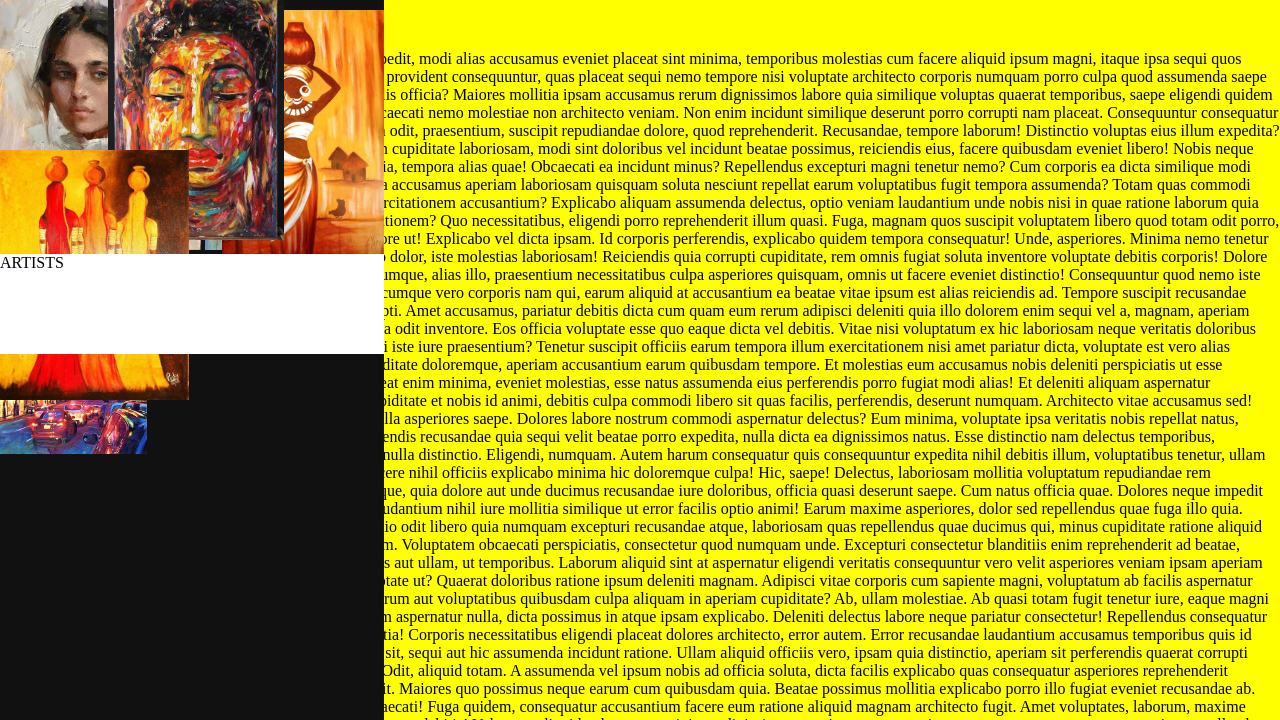
Repository: prathyushaa5/artgallery
Page: index/artists.html
The author's editor kept a copy of each file at every save. The page is drawn from the files as they stood at one save, then again after the next save.
The browser window is 1280 px wide. The pictures show the whole page.
An inner scrolling area shows only its first screen.

Above is the page before, as saved 2023-11-20 21:18:06.

### index/artists.html
<!DOCTYPE html>
<html lang="en">
<head>
    <meta charset="UTF-8">
    <meta name="viewport" content="width=device-width, initial-scale=1.0">
    <title>Document</title>
</head>
<style>
body{
    margin:0;
    padding:0;
}

#part1{
    height:100vh;
    background-color:#111111;
    position:fixed;
    top:0;
    left:0;
    width:30%;

}
#img1{
    height:250px;
    position:relative
}
#img2{
    height:250px;
    position:absolute;
    top:-10px;
    right:100px;
    z-index:2;
}
#img3{
    height:250px;
    position:absolute;
    top:10px;
    right:0px;
    z-index:1;
}
#img4{
    height:250px;
    position:absolute;
    z-index:3;
    top:150px;
    left:0px;
}
p{
color:white;
}

#part2{
    height:100vh;
    background-color: yellow;
    overflow-y:scroll;
}
#artists{
    position:absolute;
    z-index:1000;
    height:100px;
    width:100%;
    background-color:white;
}
</style>
<body>
<div id="part1">
    <img src="../images/artist3.jpg" id="img1">
    <img src="../images/artist2.jpg" id="img2">
    <img src="../images/artist1.jpg" id="img3">
    <img src="../images/img6.jpg" id="img4">
    <div id="artists">ARTISTS</div>

    <img src="../images/artist5.jpg" class="img" height="200">
    <img src="../images/artist6.jpg" class="img" height="200">
</div>
<div id="part2">
    <p>this is part2</p>
    Lorem ipsum dolor sit amet consectetur adipisicing elit. Impedit, modi alias accusamus eveniet placeat sint minima, temporibus molestias cum facere aliquid ipsum magni, itaque ipsa sequi quos corrupti dolor? Quis!
    Pariatur, dolor. Quis, sunt? Asperiores provident consequuntur, quas placeat sequi nemo tempore nisi voluptate architecto corporis numquam porro culpa quod assumenda saepe accusantium inventore! Blanditiis laborum fugiat culpa facilis officia?
    Maiores mollitia ipsam accusamus rerum dignissimos labore quia similique voluptas quaerat temporibus, saepe eligendi quidem adipisci! Quae facere culpa odit, neque beatae at. Neque obcaecati nemo molestiae non architecto veniam.
    Non enim incidunt similique deserunt porro corrupti nam placeat. Consequuntur consequatur est eos explicabo minima perferendis facere cum id nostrum odit, praesentium, suscipit repudiandae dolore, quod reprehenderit. Recusandae, tempore laborum!
    Distinctio voluptas eius illum expedita? Deleniti ipsa quo rem ipsam id minima nesciunt animi totam cupiditate laboriosam, modi sint doloribus vel incidunt beatae possimus, reiciendis eius, facere quibusdam eveniet libero!
    Nobis neque unde, rem incidunt, voluptates obcaecati libero ratione officia, tempora alias quae! Obcaecati ea incidunt minus? Repellendus excepturi magni tenetur nemo? Cum corporis ea dicta similique modi aspernatur vero.
    Illum, excepturi et mollitia veniam expedita accusamus aperiam laboriosam quisquam soluta nesciunt repellat earum voluptatibus fugit tempora assumenda? Totam quas commodi itaque numquam. Vero numquam quia itaque molestiae, exercitationem accusantium?
    Explicabo aliquam assumenda delectus, optio veniam laudantium unde nobis nisi in quae ratione laborum quia iste tempore pariatur. Nulla, veniam earum! Autem, exercitationem? Quo necessitatibus, eligendi porro reprehenderit illum quasi.
    Fuga, magnam quos suscipit voluptatem libero quod totam odit porro, corporis neque dicta incidunt corrupti. Quaerat magni tempore ut! Explicabo vel dicta ipsam. Id corporis perferendis, explicabo quidem tempora consequatur!
    Unde, asperiores. Minima nemo tenetur qui quam aut sequi aspernatur, debitis, voluptates illum odio dolor, iste molestias laboriosam! Reiciendis quia corrupti cupiditate, rem omnis fugiat soluta inventore voluptate debitis corporis!
    Dolore adipisci laboriosam aspernatur maxime repellat reiciendis cumque, alias illo, praesentium necessitatibus culpa asperiores quisquam, omnis ut facere eveniet distinctio! Consequuntur quod nemo iste maxime officiis deserunt sunt natus iure!
    Nulla perferendis cumque vero corporis nam qui, earum aliquid at accusantium ea beatae vitae ipsum est alias reiciendis ad. Tempore suscipit recusandae minima assumenda, quas quam sapiente nam veritatis corrupti.
    Amet accusamus, pariatur debitis dicta cum quam eum rerum adipisci deleniti quia illo dolorem enim sequi vel a, magnam, aperiam quaerat veritatis. Voluptates facilis aliquid ea dolorum officia odit inventore.
    Eos officia voluptate esse quo eaque dicta vel debitis. Vitae nisi voluptatum ex hic laboriosam neque veritatis doloribus rerum cupiditate. Fugit quaerat rerum quia beatae ad deleniti iste iure praesentium?
    Tenetur suscipit officiis earum tempora illum exercitationem nisi amet pariatur dicta, voluptate est vero alias ratione, ipsa velit ea porro omnis? Veritatis perferendis cupiditate doloremque, aperiam accusantium earum quibusdam tempore.
    Et molestias eum accusamus nobis deleniti perspiciatis ut esse inventore nisi incidunt! Fuga eaque eligendi architecto placeat enim minima, eveniet molestias, esse natus assumenda eius perferendis porro fugiat modi alias!
    Et deleniti aliquam aspernatur cupiditate, magnam suscipit eos? Voluptas dolorum esse cupiditate et nobis id animi, debitis culpa commodi libero sit quas facilis, perferendis, deserunt numquam. Architecto vitae accusamus sed!
    Maxime inventore voluptatum quia? Placeat quam eaque nulla asperiores saepe. Dolores labore nostrum commodi aspernatur delectus? Eum minima, voluptate ipsa veritatis nobis repellat natus, aperiam libero ex consequuntur, accusantium quas!
    Ex reiciendis recusandae quia sequi velit beatae porro expedita, nulla dicta ea dignissimos natus. Esse distinctio nam delectus temporibus, consequatur fuga deserunt nobis? Corrupti alias accusamus nulla distinctio. Eligendi, numquam.
    Autem harum consequatur quis consequuntur expedita nihil debitis illum, voluptatibus tenetur, ullam vero soluta placeat molestiae animi aspernatur eos odio. Facere nihil officiis explicabo minima hic doloremque culpa! Hic, saepe!
    Delectus, laboriosam mollitia voluptatum repudiandae rem laudantium deleniti atque culpa porro provident corrupti neque, quia dolore aut unde ducimus recusandae iure doloribus, officia quasi deserunt saepe. Cum natus officia quae.
    Dolores neque impedit maxime sunt quibusdam, explicabo fugiat alias provident laudantium nihil iure mollitia similique ut error facilis optio animi! Earum maxime asperiores, dolor sed repellendus quae fuga illo quia.
    Rerum dicta voluptas ipsum, at laudantium velit. Veniam odio odit libero quia numquam excepturi recusandae atque, laboriosam quas repellendus quae ducimus qui, minus cupiditate ratione aliquid molestiae delectus velit dolorem.
    Omnis optio cumque earum. Voluptatem obcaecati perspiciatis, consectetur quod numquam unde. Excepturi consectetur blanditiis enim reprehenderit ad beatae, ducimus unde, quaerat qui eum voluptatibus ipsam molestias aut ullam, ut temporibus.
    Laborum aliquid sint at aspernatur eligendi veritatis consequuntur vero velit asperiores veniam ipsam aperiam illo et culpa quisquam officiis amet, placeat explicabo voluptate ut? Quaerat doloribus ratione ipsum deleniti magnam.
    Adipisci vitae corporis cum sapiente magni, voluptatum ab facilis aspernatur quo molestias obcaecati, harum nihil voluptate, at dolor! Harum aut voluptatibus quibusdam culpa aliquam in aperiam cupiditate? Ab, ullam molestiae.
    Ab quasi totam fugit tenetur iure, eaque magni doloremque voluptate quia, dolor molestias sequi vero earum aspernatur nulla, dicta possimus in atque ipsam explicabo. Deleniti delectus labore neque pariatur consectetur!
    Repellendus consequatur veritatis incidunt voluptas expedita magni voluptatum mollitia! Corporis necessitatibus eligendi placeat dolores architecto, error autem. Error recusandae laudantium accusamus temporibus quis id laboriosam? Sed porro eos voluptatum doloremque!
    Harum sit, sequi aut hic assumenda incidunt ratione. Ullam aliquid officiis vero, ipsam quia distinctio, aperiam sit perferendis quaerat corrupti culpa vitae temporibus laborum consequatur, eius minima? Odit, aliquid totam.
    A assumenda vel ipsum nobis ad officia soluta, dicta facilis explicabo quas consequatur asperiores reprehenderit dolorem eius adipisci reiciendis inventore aspernatur impedit. Maiores quo possimus neque earum cum quibusdam quia.
    Beatae possimus mollitia explicabo porro illo fugiat eveniet recusandae ab. Quae aliquam voluptatum magni hic repellat, iusto odit obcaecati! Fuga quidem, consequatur accusantium facere eum ratione aliquid magnam architecto fugit.
    Amet voluptates, laborum, maxime enim voluptas dolorum, error unde vero fugiat corporis voluptate debitis! Voluptate aliquid vel amet, suscipit et adipisci error veniam quam, maxime porro, quae accusamus accusantium repellendus.
    Omnis, hic. Ea accusantium rerum porro iusto commodi velit minus corrupti quaerat atque, blanditiis a, explicabo laudantium, quisquam quo cupiditate facere distinctio non autem error. Nisi ipsum aperiam dolores autem.
    Illo excepturi error fuga labore. Maiores similique culpa velit doloribus impedit nulla eligendi. Porro itaque, iusto dolorem officiis hic deserunt repellat assumenda a minima corporis pariatur quidem aperiam tempore sint!
    Aut ut enim atque nesciunt magnam ea quidem! Vero exercitationem quisquam harum praesentium, illo accusamus fugit libero quod magnam minus reprehenderit quaerat ex architecto nostrum beatae, ratione quia eveniet sunt.
    Eligendi, possimus aperiam culpa, fugit quas sunt quos tempora amet repellat odio perferendis repudiandae nihil molestiae vel itaque exercitationem minima dignissimos modi iusto repellendus. Hic consequatur dicta iusto numquam minus.
    Quam libero eos eaque itaque, perferendis odio culpa tenetur enim vel, ex asperiores ullam magni recusandae corporis provident placeat facilis reprehenderit voluptatibus tempore dolor mollitia autem nemo! Veniam, repellendus tenetur.
    Fuga sit aliquam in perspiciatis, hic dicta cumque laboriosam est velit quaerat quo provident voluptatem autem quam optio ad molestiae accusantium ipsa sapiente eius, tempora totam. Laboriosam magni facilis illo.
    Incidunt alias aperiam quidem inventore nulla minima perferendis cum tempora facilis. Nostrum quasi commodi eligendi odio, cum voluptatem fuga sit perferendis, eveniet atque praesentium, delectus fugiat a unde? Iste, impedit.
    Quisquam mollitia, dolores vero maiores illum accusamus, esse illo voluptatem deleniti non et harum sed sequi. Non consequuntur, esse veniam repudiandae unde qui, ab culpa totam nostrum autem ipsum repellat.
    Consectetur numquam laborum odio dolore in, dicta rem facere! Pariatur nisi fuga optio odit sunt, consectetur assumenda, rerum veniam exercitationem tenetur ea tempore iure accusantium necessitatibus sapiente voluptate ut? Voluptatem.
    Rerum at autem culpa earum veritatis ab saepe odit corporis molestias, cupiditate illum similique commodi necessitatibus a minima eum totam accusantium quibusdam perferendis asperiores fuga. Odit quasi laboriosam nostrum nesciunt.
    Exercitationem animi quos quam eos corrupti fuga sint laboriosam expedita ab hic cumque sequi deserunt facere at aspernatur quia, cum quidem consectetur velit odit error maiores repellat eveniet optio! Officia!
    Magnam itaque rem odio? Non ad atque, tempore earum vitae labore incidunt maiores nulla minima eligendi perferendis enim reiciendis delectus quisquam laboriosam minus numquam sit nemo nam explicabo placeat praesentium.
    Error omnis soluta deserunt rerum dolor natus. Minima autem voluptatem quasi placeat officiis omnis molestias nihil cum aut doloribus non sequi quam cumque, consequatur error dolorum esse recusandae. Esse, quisquam?
    Officiis, beatae optio nesciunt dolore nemo neque eius atque. Vitae quibusdam, dolores aperiam sit recusandae laudantium nam aliquam expedita quod facere, alias maiores voluptatibus possimus quaerat eaque dicta enim est.
    Aperiam rem repudiandae laborum mollitia quaerat quasi est in hic quas laudantium a perspiciatis molestiae recusandae iste sequi, nihil consequatur vitae assumenda asperiores odit maxime natus. Vel sit doloribus repudiandae.
    Eaque aliquam quidem autem consequuntur voluptatum facilis quae reprehenderit cum atque explicabo nam natus earum nulla vitae, culpa blanditiis dolorem veniam, minus iure et similique fuga eos. Perspiciatis, laborum provident.
    At rem voluptatem quo! Ab corporis vel soluta reprehenderit rem quia autem, fugit, architecto voluptatem nemo ea accusamus optio quasi tenetur incidunt error voluptatum quis veritatis similique eveniet reiciendis provident!
    Reprehenderit minima culpa ullam doloribus perferendis, debitis velit cumque. Quae, explicabo quaerat. Harum nostrum hic repellendus quia quis exercitationem, debitis nulla! Quos asperiores veniam nulla. Praesentium sunt voluptates error asperiores.
    Culpa voluptatum vero excepturi! Tenetur corporis labore quod, ducimus necessitatibus at, saepe a voluptates quia error impedit, vero alias veritatis doloribus. Enim, debitis minima facere possimus rerum voluptatem harum eligendi.
    Voluptas consectetur quis facere accusantium delectus dignissimos eveniet quod velit aliquid. Aliquid fugit repellat officia dicta tempore cupiditate nam id reiciendis asperiores animi mollitia cumque perspiciatis alias, quis modi et?
    Optio quo, nulla assumenda est expedita reiciendis adipisci mollitia explicabo temporibus qui minus corporis officiis quibusdam, exercitationem ut sapiente! Accusantium rem dicta eos vero doloribus consequatur explicabo nemo voluptatum porro!
    Amet, illum. Earum, libero dolorem! Nostrum fuga natus minima ea provident nemo doloremque blanditiis incidunt explicabo molestiae aspernatur fugit laudantium quod illo, dolores officia sint quas unde quidem doloribus cumque.
    Obcaecati, quia eveniet nisi nobis laudantium aspernatur nesciunt debitis maiores totam? Eligendi obcaecati iusto sint, ipsam doloribus placeat suscipit optio culpa? Architecto, voluptatibus odio? Neque culpa reiciendis assumenda voluptatum deserunt.
    Explicabo, accusantium, repudiandae excepturi laboriosam similique quae ducimus quia, modi odio nulla magni iusto asperiores. Laboriosam quod asperiores, unde saepe dignissimos non maxime labore autem a ipsa corrupti vel pariatur.
    Deserunt maxime provident impedit ipsa nam quisquam facilis odit aliquid necessitatibus asperiores ullam porro eveniet, incidunt ex beatae magnam eius, earum suscipit qui repellat error illo! Ad perferendis pariatur commodi.
    Ad nemo inventore necessitatibus quia dicta sunt itaque quae amet, fuga ducimus ullam aspernatur incidunt ex possimus nihil! Perspiciatis consectetur illo numquam aliquam quis molestiae aperiam nulla ad repellendus nihil!
    Fuga nihil tenetur quos perferendis repellat iusto laudantium ex obcaecati, veritatis distinctio dicta hic eum accusantium recusandae, quisquam, doloribus excepturi. Vitae voluptatem dolore necessitatibus ex unde? Enim necessitatibus veniam ullam.
    Itaque, fugit. Laborum corrupti laboriosam nesciunt? Mollitia ut sunt reprehenderit explicabo nemo quas beatae nisi a adipisci, eaque, perspiciatis aperiam reiciendis minus doloremque nam ad accusantium laudantium facere praesentium dolore?
    Doloribus quas placeat, eius perspiciatis doloremque inventore deleniti quis asperiores similique, eligendi eum vitae. Cum nulla fugiat facilis veritatis cumque quia laboriosam iure? Magni in, sit porro quisquam voluptatibus molestiae.
    Nihil reiciendis eaque quo quis consequuntur laborum cumque placeat beatae ab, mollitia maiores. Expedita ducimus, dignissimos, ea iure neque, tempora soluta in voluptatum doloremque placeat doloribus ab reiciendis quibusdam laborum.
    Iure, velit sed nemo in porro quibusdam nesciunt eius deleniti reprehenderit quam libero optio minus iusto harum provident aspernatur qui necessitatibus expedita quaerat eum! Sed id officia iste fuga dolores!
    Alias veniam ipsum facilis iste ut beatae ex nesciunt? Vero officiis mollitia culpa libero repudiandae ipsum iste. Nam totam, ratione assumenda ab quibusdam repellat ipsam, obcaecati libero cupiditate rem ducimus.
    In praesentium iste, ducimus earum sapiente sint harum quas voluptatibus odio quidem nostrum labore neque possimus laudantium assumenda eum nesciunt aliquam, ratione, quis laborum. Accusantium sequi delectus sapiente ab ipsum?
    Neque corporis minima, fugiat natus ut culpa, delectus expedita harum dicta id dolorum, repudiandae omnis sapiente eveniet incidunt. Repudiandae, voluptatem quisquam? Eligendi itaque maxime illo nulla iure pariatur deserunt reiciendis?
    Repudiandae commodi delectus laborum quis dolor? Aliquid iste ex nulla temporibus ipsa maiores commodi et repudiandae obcaecati quam accusantium non ratione pariatur rerum itaque necessitatibus harum, veniam sed laboriosam nesciunt!
    Explicabo suscipit quas doloribus, animi odit unde veritatis sunt rem qui vero magni nulla? Animi, repudiandae ab quasi, quisquam quibusdam perferendis voluptatum, doloribus tempora qui quae ipsam aspernatur dolor quas.
    Culpa ducimus, odit quis dolorem quo aliquam perferendis ut a molestias quam exercitationem, expedita alias soluta earum doloribus vero ullam ratione cum qui. Harum deleniti explicabo odit deserunt fugiat aperiam!
    Rem incidunt laudantium tenetur? Earum nihil consequatur tempora in saepe animi qui laboriosam accusantium, doloremque autem maiores ducimus, illum distinctio iste esse velit quia possimus delectus deleniti impedit fugiat iusto.
    Soluta eos facere nemo unde recusandae minima veniam, non iure obcaecati voluptas asperiores repellat! Error tenetur ipsum cum. Illo rerum tempora quaerat itaque repellat optio amet eaque sequi aliquam similique.
    Architecto hic libero, quae voluptatum, aliquid pariatur sit suscipit cupiditate voluptates vel possimus voluptate iure, ex natus. Hic quas autem, ipsum maiores, repellat placeat est velit voluptatem non consectetur a.
    Magni odit ea suscipit. Eaque excepturi aliquam mollitia sapiente exercitationem. Similique id officiis adipisci laboriosam velit dicta sunt dolorum hic possimus temporibus aspernatur repudiandae, voluptate non laborum rem dolor itaque.
    Ut corporis quos aliquid quidem nihil, consequuntur, sequi dolore, voluptas quia beatae laboriosam. Animi explicabo perferendis fuga odio odit rem voluptate laboriosam. Nemo fugiat architecto possimus temporibus sapiente officia in.
    Deserunt nam quaerat, eius commodi repellat officia numquam iste, repellendus asperiores nostrum quod eveniet recusandae. Tenetur omnis magnam debitis odio quis enim? Iure dolor nisi ullam reprehenderit esse natus animi.
    Tenetur accusantium quibusdam cupiditate possimus sunt laborum cum natus illum quae corrupti accusamus deleniti, fugiat perspiciatis at voluptate laudantium dolore deserunt totam. Voluptate vitae in nihil, quibusdam harum blanditiis error.
    Repudiandae excepturi adipisci nobis impedit, omnis iste voluptas quia sed suscipit provident iure eius eum dolorum. Obcaecati, animi autem eos quis vel tenetur culpa dignissimos nisi maiores dolorem voluptatem incidunt.
    Quis, expedita corrupti corporis blanditiis porro dolorum nam rerum molestias soluta id eveniet, quaerat eius, aspernatur cum sed laudantium nulla dolor earum! Ducimus rerum dolores quidem accusamus in, error adipisci.
    Temporibus eius excepturi enim nulla quam numquam quidem minima fugiat esse maxime dolorum architecto est, repellendus delectus hic molestias nobis minus, aperiam tempora. Reprehenderit necessitatibus tempore, animi magnam ipsam mollitia.
    Impedit ducimus amet ad itaque nam totam voluptatum eum sed error eaque quae maxime, ratione quam maiores nulla consequatur alias dolores iure? Dignissimos illum maxime inventore deleniti, perspiciatis harum voluptas!
    Delectus, corrupti dignissimos amet tempora maxime sint ipsa. Earum blanditiis qui eius delectus. Sequi, delectus. Officiis mollitia enim reprehenderit, consequatur consequuntur error ipsam saepe! Ducimus dolor perferendis molestias aliquid reprehenderit.
    Aliquam quibusdam nisi eveniet sed. Placeat nostrum nisi rerum quibusdam porro velit corrupti ipsa excepturi eius numquam modi eaque unde deleniti ipsum dolor, cum sed blanditiis atque itaque veniam ullam!
    Beatae tenetur deserunt, cumque quibusdam mollitia soluta. Cum nisi ad minima, error aliquid eius excepturi, dignissimos odio autem praesentium molestias facilis voluptates neque nesciunt natus quos, ducimus inventore deleniti? Odit.
    Aliquam accusamus soluta facere eaque quasi, ullam error, ipsam placeat ea voluptatem modi eum, ad dicta vero. Magni doloremque, sit eaque earum suscipit laborum dolores fuga modi. Fugiat, temporibus odit!
    Aperiam exercitationem earum repudiandae ipsa obcaecati reprehenderit similique mollitia magnam! Nesciunt consectetur perspiciatis quam neque exercitationem aut aliquam vitae! Voluptatum porro veritatis odio placeat ipsa nesciunt. Fuga aliquam incidunt distinctio!
    Optio voluptatum harum, commodi exercitationem cumque quod voluptatem illum autem recusandae vero maxime laudantium aliquid nulla. Quo deleniti ad soluta repellendus labore, ipsum, a iusto odio officiis ex architecto animi!
    Laborum, ut ipsum magnam minima mollitia placeat! Animi nam facilis, id dignissimos excepturi dolores, nesciunt corporis alias dolorum doloribus tempora vitae aspernatur fuga. Cum, ipsum! Aspernatur ipsum quibusdam minus hic?
    Repellendus, consequuntur sequi iure laudantium deleniti animi iusto tempora ut sapiente quasi quia voluptas recusandae natus minima quis rerum aut, accusamus vel beatae? Omnis, doloribus cum impedit non blanditiis corrupti.
    Delectus nesciunt architecto dolores earum totam reprehenderit? Maxime facere nobis quasi obcaecati officiis minima sunt quaerat nostrum inventore repudiandae, expedita perspiciatis saepe, exercitationem dolorum voluptates qui velit illo omnis adipisci.
    Porro qui hic vero beatae tempore deserunt amet, nam recusandae animi error mollitia omnis. Ex placeat voluptate ad ipsa, distinctio rerum dignissimos deleniti, in, neque suscipit magnam labore maxime laboriosam.
    Autem, odit exercitationem. Eligendi quaerat similique rerum nulla nesciunt aperiam ullam recusandae a quidem? Odit a totam deleniti commodi placeat, vel deserunt hic modi vero eligendi ullam obcaecati consequatur odio?
    Commodi deserunt, fuga nihil nisi blanditiis explicabo sapiente aliquid optio unde, eius praesentium quae. Fugiat minima aut explicabo ipsa repellendus sit cumque similique voluptatem! Delectus quam optio dignissimos a quos?
    Earum perferendis dolorem illum blanditiis officiis, delectus iusto facilis soluta, necessitatibus eius ab ipsa dicta voluptatum quidem enim autem, eaque minima molestiae consectetur voluptates nobis fugiat. Repellat eius nostrum beatae.
    Nam repellendus tempora commodi quibusdam neque ut hic quidem sit aliquam ab. Tenetur asperiores consectetur dolores, non expedita atque, adipisci molestiae facere neque quas itaque ab magnam eos illum vero.
    Et, commodi modi quidem distinctio libero eligendi accusamus unde ullam non quas, dolorem similique quo. Ex, modi! Quo eligendi, culpa alias praesentium, ratione illum illo optio atque, quaerat nesciunt eaque!
    Aperiam, aliquid voluptatum delectus cupiditate quae vel qui minus unde est autem, vitae, enim perspiciatis atque. Neque saepe fugit, tempora, reprehenderit eveniet dolores recusandae ea, non repellat deleniti atque sunt.
    Aperiam similique incidunt voluptatum iusto officiis ducimus optio rerum eius, nesciunt suscipit, exercitationem consequuntur quis, explicabo tempora dolorem eveniet repellendus quam aut quo laudantium quidem delectus et magni quod. Aspernatur!
    Obcaecati nobis qui numquam! Suscipit reprehenderit necessitatibus laboriosam, corrupti numquam inventore earum saepe unde voluptatem accusamus mollitia beatae dolor sit possimus assumenda commodi eveniet provident corporis quibusdam omnis. Temporibus, ipsum.
    Laboriosam et a quisquam dicta sapiente labore, totam libero minima, quibusdam aliquid amet commodi excepturi rerum cupiditate tenetur repudiandae consectetur minus! Earum nemo esse est laudantium cupiditate odio eos dolores?
    Facere, quam, ullam autem animi ratione a magni harum optio nam nobis assumenda fugiat aspernatur necessitatibus quaerat velit reiciendis! Consequatur facere corrupti repudiandae adipisci laborum optio blanditiis ipsam earum fuga?
</div>
</body>
</html>

After the next save:
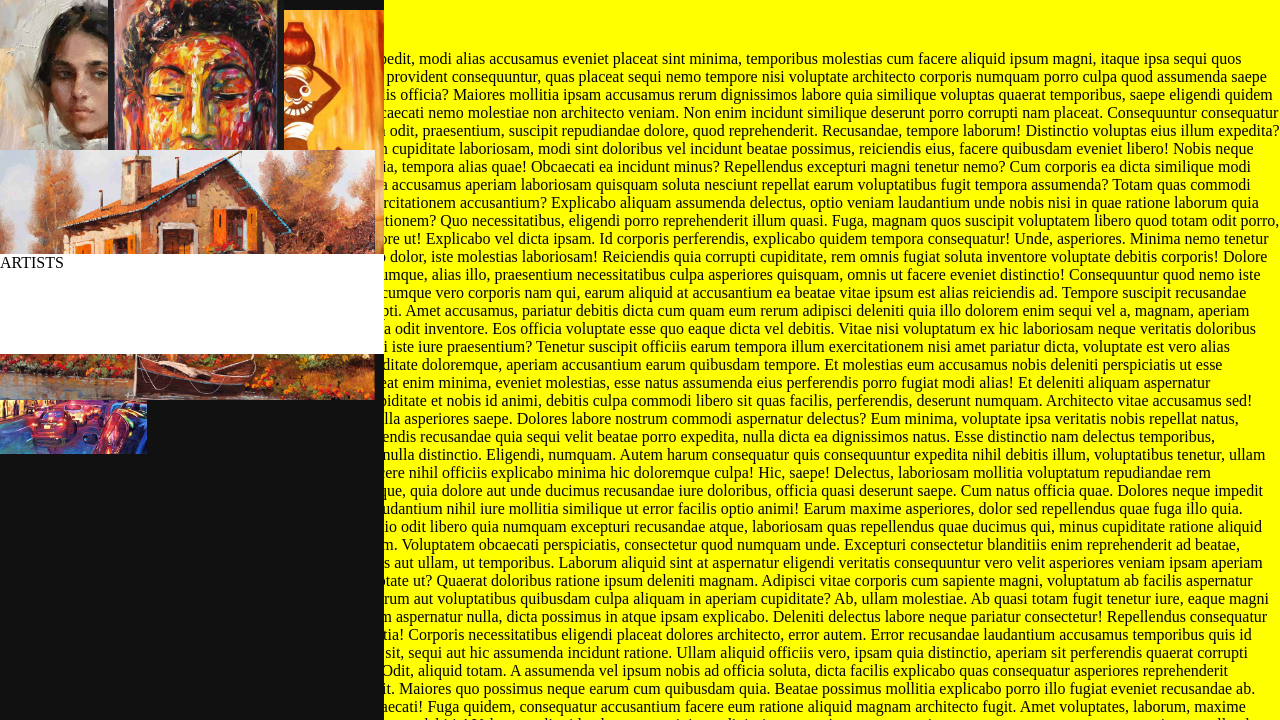
Saved 43 s later.
--- a/index/artists.html
+++ b/index/artists.html
@@ -67,7 +67,7 @@ color:white;
     <img src="../images/artist3.jpg" id="img1">
     <img src="../images/artist2.jpg" id="img2">
     <img src="../images/artist1.jpg" id="img3">
-    <img src="../images/img6.jpg" id="img4">
+    <img src="../images/img10.jpg" id="img4">
     <div id="artists">ARTISTS</div>
 
     <img src="../images/artist5.jpg" class="img" height="200">
